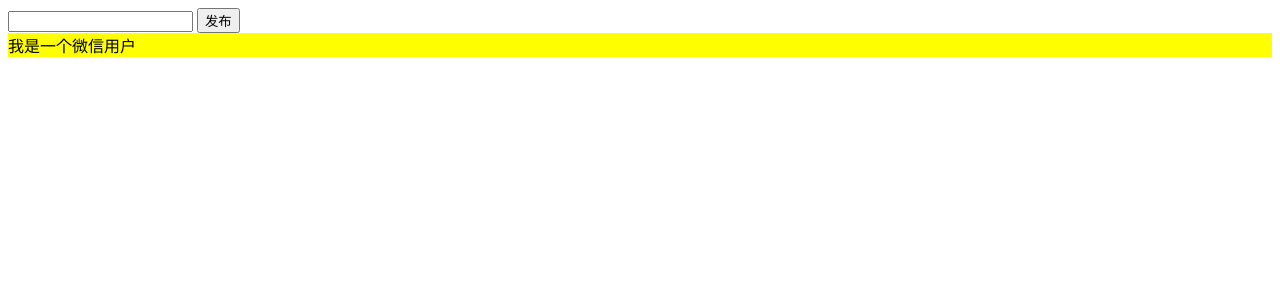
Repository: xiemin2161/mytest
Page: 03-组件非父子通信.html
An editor plug-in stored every save of this project. The page is shown before and after the next save, followed by the edit.
The browser window is 1280 px wide. The pictures show the whole page.

Above is the page before, as saved 2023-02-02 09:54:45.

After the next save:
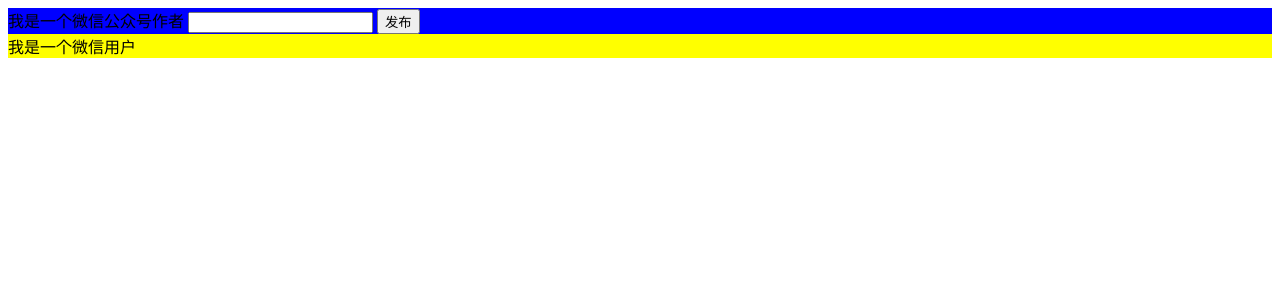
Saved 27 s later.
--- a/03-组件非父子通信.html
+++ b/03-组件非父子通信.html
@@ -18,7 +18,8 @@
     <script type="text/javascript">
       Vue.component("weixinauthor", {
         template: `
-          <div>
+          <div style='background:blue'>
+            我是一个微信公众号作者
             <input type="text">
             <button>发布</button>
           </div>
